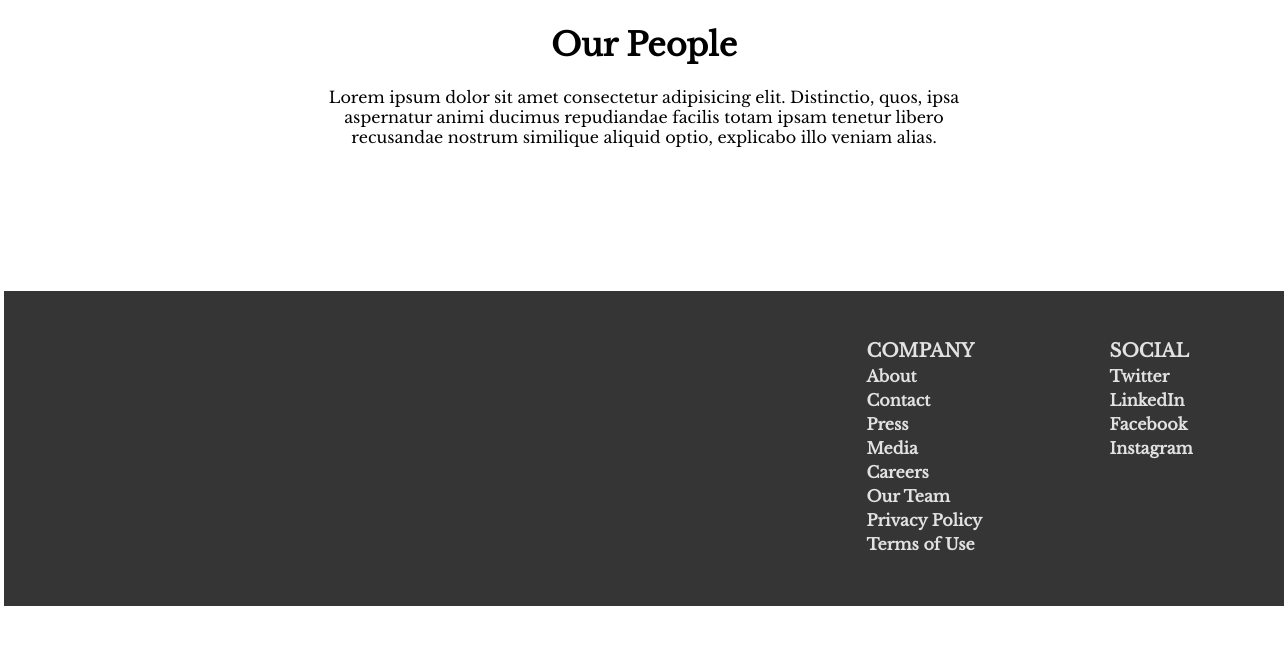
Repository: Tsardines/app
Page: / (app in my-app/)
The author's editor kept a copy of each file at every save. The page is drawn from the files as they stood at one save, then again after the next save.
The browser window is 1280 px wide. The page is 1288 px wide, so the pictures cover 1288 px, including what lies to the right of the window. The pictures show the whole page.
The page's requests for data from a server got no answer. The project was rebuilt for these pictures with package versions that can differ from the ones it lists, and the page was loaded fresh each time. No one was signed in, and anything a server would have sent is missing.

Above is the page before, as saved 2018-11-14 19:53:14.

### my-app/public/index.html
<!DOCTYPE html>
<html lang="en">
  <head>
    <meta charset="utf-8">
    <meta name="viewport" content="width=device-width, initial-scale=1, shrink-to-fit=no">
    <meta name="theme-color" content="#000000">
    <!--
      manifest.json provides metadata used when your web app is added to the
      homescreen on Android. See https://developers.google.com/web/fundamentals/web-app-manifest/
    -->
    <link rel="manifest" href="%PUBLIC_URL%/manifest.json">
    <link href="https://fonts.googleapis.com/css?family=Libre+Baskerville" rel="stylesheet">
    <!--
      Notice the use of %PUBLIC_URL% in the tags above.
      It will be replaced with the URL of the `public` folder during the build.
      Only files inside the `public` folder can be referenced from the HTML.

      Unlike "/favicon.ico" or "favicon.ico", "%PUBLIC_URL%/favicon.ico" will
      work correctly both with client-side routing and a non-root public URL.
      Learn how to configure a non-root public URL by running `npm run build`.
    -->
    <title>React App</title>
  </head>
  <body>
    <noscript>
      You need to enable JavaScript to run this app.
    </noscript>
    <div id="root"></div>
    <!--
      This HTML file is a template.
      If you open it directly in the browser, you will see an empty page.

      You can add webfonts, meta tags, or analytics to this file.
      The build step will place the bundled scripts into the <body> tag.

      To begin the development, run `npm start` or `yarn start`.
      To create a production bundle, use `npm run build` or `yarn build`.
    -->
  </body>
</html>

### my-app/src/index.css
body {
  margin: 0;
  padding: 0;
  font-family: 'Libre Baskerville', serif;
  -webkit-font-smoothing: antialiased;
  -moz-osx-font-smoothing: grayscale;
}

code {
  font-family: source-code-pro, Menlo, Monaco, Consolas, "Courier New",
    monospace;
}

### my-app/src/App.js
import React, { Component } from 'react';

import Footer from './components/Footer.js';
import './App.css';

class App extends Component {
  constructor(props) {
    super(props);

    this.state = {
      items: []
    };
    this.componentWillMount = this.componentWillMount.bind(this);
  }

  componentWillMount() {
    fetch('https://api.myjson.com/bins/vz2rm')
    .then(res => res.json())
    .then(data => {
      this.setState({ items: data });
    });
  }


  render() {

    const { items } = this.state;

    return (
      <div className="App">

      <span className="our-people"><h1>Our People</h1></span>
      <span className="intro"><p>Lorem ipsum dolor sit amet consectetur adipisicing elit. Distinctio, quos, ipsa aspernatur animi ducimus repudiandae facilis totam ipsam tenetur libero recusandae nostrum similique aliquid optio, explicabo illo veniam alias.</p></span>

          { items.map((item, num) => {
              return (

                <div className="people">

                  <div className="elem">
                    <p key={num}>{item.elems}</p>
                  </div>

                    <p key={num}><strong>{item.name}</strong></p>
                    <p key={num}><small>{item.title}</small></p>

                  <div className="hidden">
                    <p key={num}>{item.email}</p>
                    <p key={num}><strong>Office: </strong>{item.office}</p>
                  </div>

                </div>

              );

            })}

            <Footer />

      </div>
    );
  }
}


export default App;

### my-app/src/components/Footer.js
import React from 'react';
import './Footer.css';

const Footer = () => {
  return (

    <div className="footer">

        <div className="left">
            <ul>
                <span className="footer-title"><li><strong>Company</strong></li></span>
                <a href="#"><li>About</li></a>
                <a href="#"><li>Contact</li></a>
                <a href="#"><li>Press</li></a>
                <a href="#"><li>Media</li></a>
                <a href="#"><li>Careers</li></a>
                <a href="#"><li>Our Team</li></a>
                <a href="#"><li>Privacy Policy</li></a>
                <a href="#"><li>Terms of Use</li></a>
            </ul>
        </div>

        <div className="right">
            <ul>
                <span className="footer-title"><li><strong>Social</strong></li></span>
                <a href="#"><li>Twitter</li></a>
                <a href="#"><li>LinkedIn</li></a>
                <a href="#"><li>Facebook</li></a>
                <a href="#"><li>Instagram</li></a>
            </ul>
        </div>

    </div>
  );
}

export default Footer;

### my-app/src/App.css
.App {
  display: flex;
  flex-direction: column;
  flex-flow: row nowrap;
  flex-wrap: wrap;
  margin: 0 auto;
  max-width: 100%;
  overflow-x: hidden;
  padding: 0.25em;
  text-align: center;
  width: 100%;
}

.our-people {
  text-align: center;
  width: 100%;
}

.intro p {
  margin: auto;
  padding-bottom: 5em;
  width: 50%;
}

.people {
  background-color: #f8f8f8;
  border: 1px solid rgb(252, 244, 234);
  height: 22vh;
  margin: 0.5em;
  /* max-height: 22vh;
  max-width: 13vw; */
  /* min-height: 22vh;
  min-width: 13vw; */
  padding: 1.5em;
  text-align: left;
  width: 13vw;
}

.elem {
  font-size: 3.45em;
  margin-bottom: -1em;
  margin-top: -1em;
}

.elem:hover {
  color: #87f0f9;
  transition: 0.2s;
}

.hidden {
  font-size: 0.75em;
  opacity: 0.15;
}

.hidden:hover {
  opacity: 1;
  transition: 0.4s;
}

### my-app/src/components/Footer.css
.footer {
    background-color: #353535;
    color: rgb(226, 226, 226);
    display: flex;
    font-weight: bold;
    justify-content: flex-end;
    margin-top: 4em;
    overflow-x: hidden;
    padding: 2em;
    text-align: left;
    width: 100%;
}

.footer a {
    color: rgb(226, 226, 226);
    text-decoration: none;
}

.footer a:hover {
    color: black;
}

.left ul li, .right ul li {
    font-size: 1em;
    list-style-type: none;
    padding-bottom: 0.25em;
}

.left {
    float: left;
    width: 20%;
}

.right {
    float: right;
    width: 15%;
}

.footer-title {
    font-size: 1.15em;
    text-transform: uppercase;
}

Loaded but not shown: my-app/src/index.js (common file); my-app/src/serviceWorker.js (common file)

After the next save:
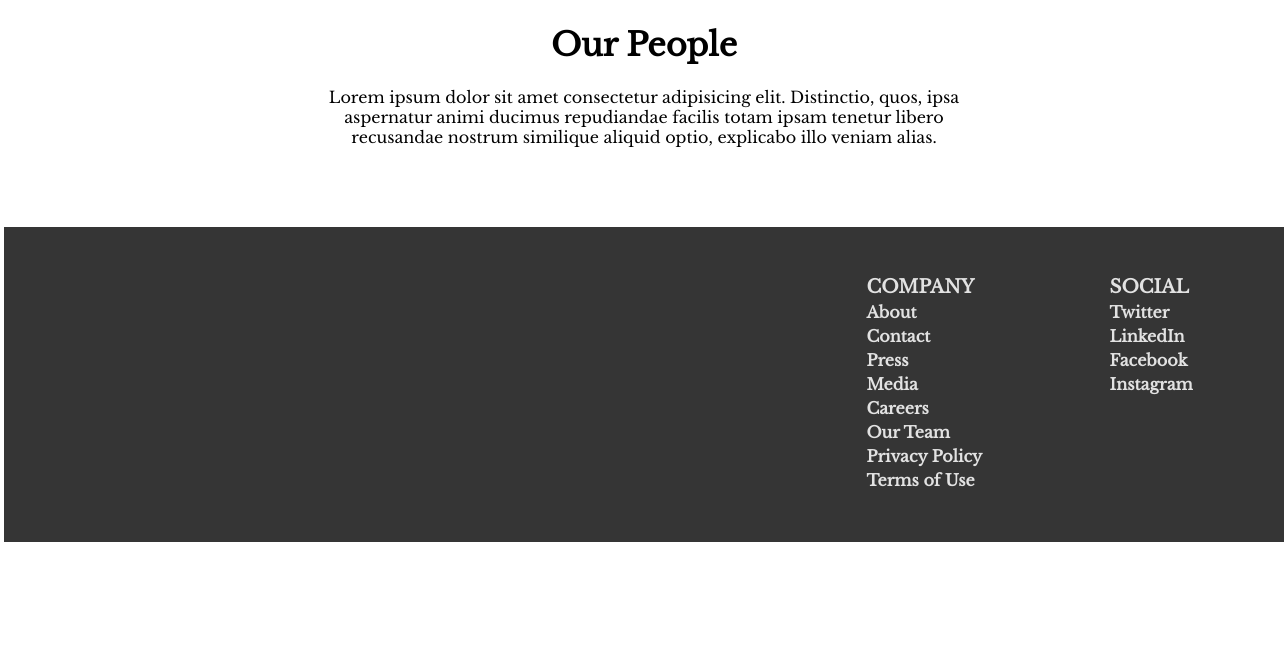
Saved 8 s later.
--- a/my-app/src/components/Footer.css
+++ b/my-app/src/components/Footer.css
@@ -4,7 +4,8 @@
     display: flex;
     font-weight: bold;
     justify-content: flex-end;
-    margin-top: 4em;
+    margin: 0 auto;
+    /* margin-top: 4em; */
     overflow-x: hidden;
     padding: 2em;
     text-align: left;

After the save that followed:
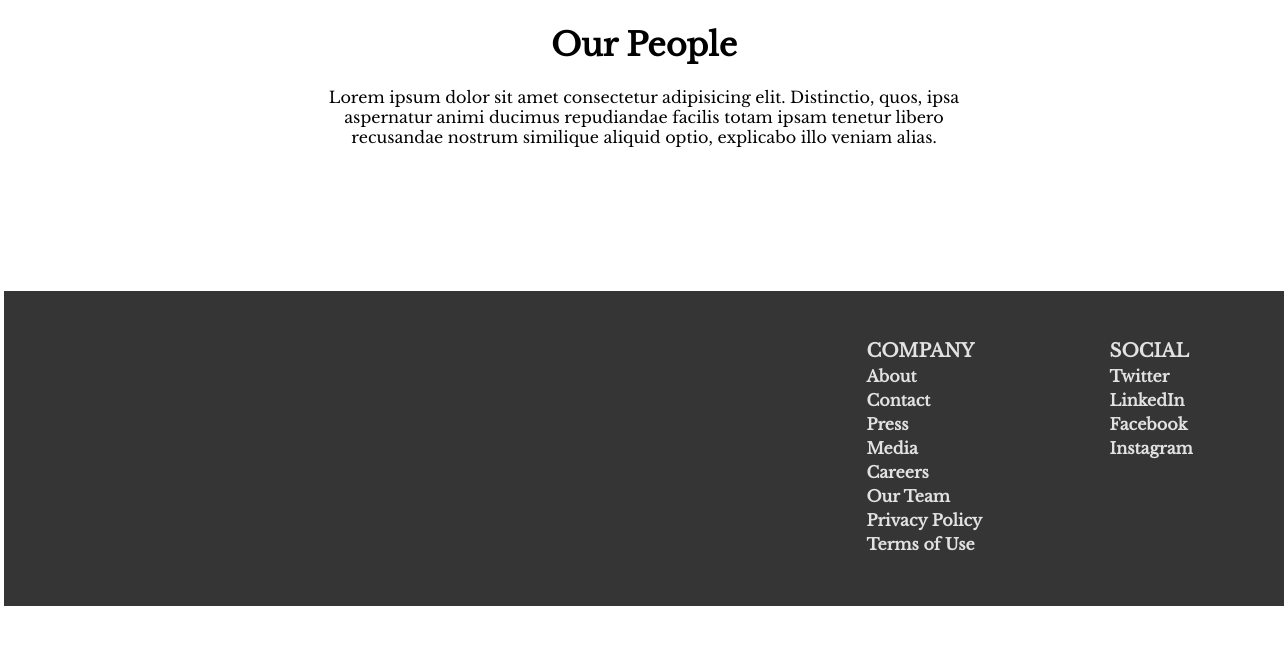
Saved 6 s later.
--- a/my-app/src/components/Footer.css
+++ b/my-app/src/components/Footer.css
@@ -4,8 +4,7 @@
     display: flex;
     font-weight: bold;
     justify-content: flex-end;
-    margin: 0 auto;
-    /* margin-top: 4em; */
+    margin-top: 4em;
     overflow-x: hidden;
     padding: 2em;
     text-align: left;
